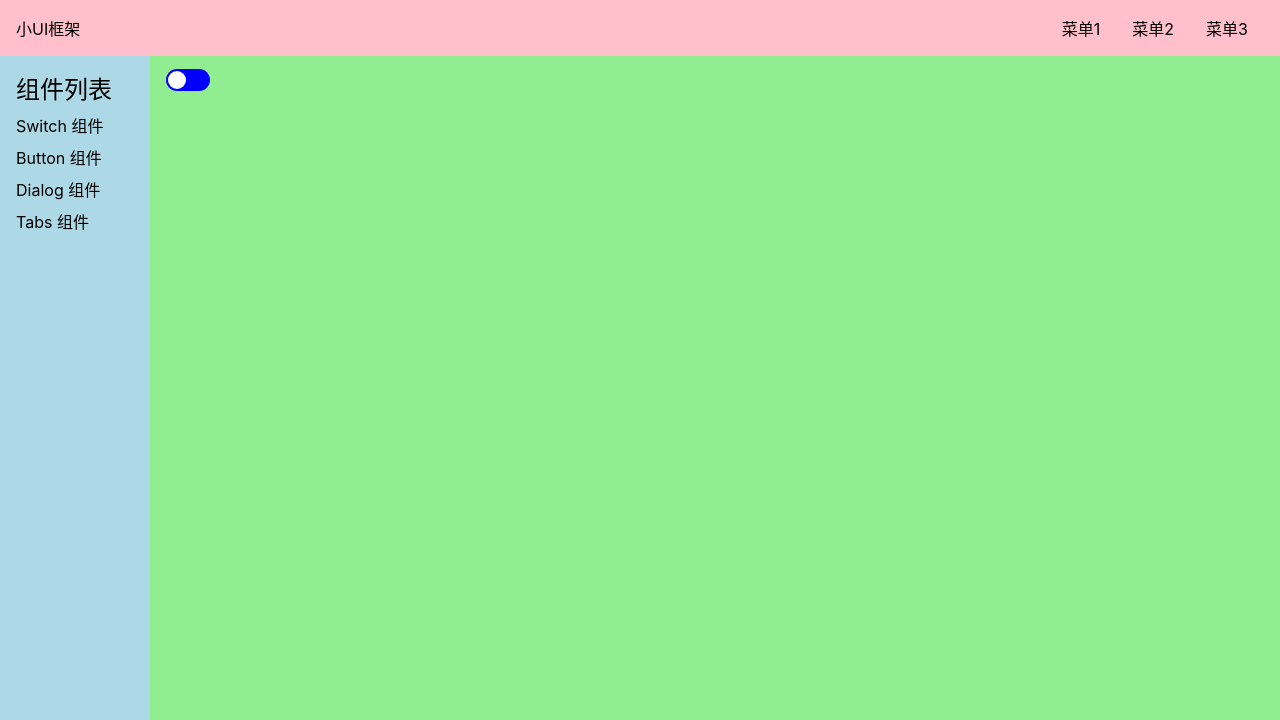
Repository: huming3272/Smile-UI
Page: /#/doc/switch
These files come from the project's save history. The page is drawn as it stood at one moment and after the next save; the edit follows.
The browser window is 1280 px wide. The pictures show the whole page.
The project was rebuilt for these pictures with package versions that can differ from the ones it lists, and the page was loaded fresh each time. Also part of the build but not shown: src/views/Home.vue, src/components/ButtonDemo.vue, src/components/DialogDemo.vue, src/components/TabsDemo.vue, src/components/DocDemo.vue.

Above is the page before, as saved 2021-11-02 17:02:09.

### src/main.ts
import { createApp } from 'vue'
import App from './App.vue'
import './index.scss'
import router from './router/index'

const app = createApp(App)
app.use(router)
app.mount('#app')

### src/App.vue
<template>
  <router-view/>
</template>

<script lang='ts'>
import {ref,provide} from 'vue'
import router from './router/index'

export default {
  name: 'App',
  setup(){
    const width = document.documentElement.clientWidth;
    //获取窗口宽度
    const menuVisible = ref(width <= 500 ? false : true);
    const toggleAside = ref(false)


    //检测窗口宽度
    //定义初值，类似vue2的data

    provide('menuVisible',menuVisible)//set
    //provide提供menuVisible给全局
    provide('toggleAside',toggleAside)



  },


}
</script>
<style lang="scss">
  *{
    padding: 0;
    margin: 0;
    list-style: none;

  }
</style>

### src/index.scss
* {
  margin: 0;
  padding: 0;
  box-sizing: border-box;
}
ul,
ol {
  list-style: none;
}
a {
  text-decoration: none;
  color: inherit;
  &:hover {
    border-bottom: 1px solid;
    cursor:pointer;
  }
}
h1,h2,h3,h4,h5,h6{
  font-weight: normal;
}
body{
  font-size: 16px;
  font-family: -apple-system, "Noto Sans", "Helvetica Neue", Helvetica, "Nimbus Sans L", Arial, "Liberation Sans", "PingFang SC", "Hiragino Sans GB", "Noto Sans CJK SC", "Source Han Sans SC", "Source Han Sans CN", "Microsoft YaHei", "Wenquanyi Micro Hei", "WenQuanYi Zen Hei", "ST Heiti", SimHei, "WenQuanYi Zen Hei Sharp", sans-serif;
}

### src/router/index.ts
import {createWebHashHistory,createRouter} from 'vue-router'
import Home from '../views/Home.vue'
import Doc from '../views/Doc.vue'
import Switch from '../components/SwitchDemo.vue'
import Button from '../components/ButtonDemo.vue'
import Dialog from '../components/DialogDemo.vue'
import Tabs from '../components/TabsDemo.vue'
import DocDemo from '../components/DocDemo.vue'

const history = createWebHashHistory()
// hash型路由
 const router = createRouter(
// 创建路由器
    {
    history:history,
    routes:[
        {path:'/',component:Home},
        {path:'/doc',component:Doc,
        children:[
            {path:'',component:DocDemo},
            {path:'switch',component:Switch},
            {path:'button',component:Button},
            {path:'Dialog',component:Dialog},
            {path:'Tabs',component:Tabs},
        ]},

    ]
}
)


export default router

### src/views/Doc.vue
<template>
  <div class="layout">
    <Topnav class="nav"></Topnav>
    <div class="content">
      <aside v-if="menuVisible">
        <h2>
          <router-link to='/doc'>
            组件列表
          </router-link>
        </h2>
        <ol>
          <li>
            <router-link to="/doc/switch">Switch 组件</router-link>
          </li>
          <li>
            <router-link to="/doc/button">Button 组件</router-link>
          </li>
          <li>
            <router-link to="/doc/dialog">Dialog 组件</router-link>
          </li>
          <li>
            <router-link to="/doc/tabs">Tabs 组件</router-link>
          </li>
        </ol>
      </aside>
      <main>
        <router-view></router-view>
      </main>
    </div>
  </div>
</template>
<script lang="ts">
import Topnav from "../components/Topnav.vue";
import {inject,Ref} from 'vue'
import  router  from '../router/index';
export default {
  components: {
    Topnav,
  },
  setup(){
    //setup函数是处于 生命周期函数 beforeCreate 和 Created 两个钩子函数之前的函数,类似用函数定义vue2的data
    const menuVisible = inject<Ref<boolean>>('menuVisible') //get
    const toggleAside = inject<Ref<boolean>>('toggleAside')
    toggleAside.value = true
    //引入名为menuVisible
    router.afterEach((to, from) => {

      // menuVisible.value = false
    })

    return {menuVisible}
    // return 暴露出去，才能在这个文件中使用menuVisible

  },
  methods: {

  }

};
</script>
<style lang="scss" scoped>
.layout {
  display: flex;
  flex-direction: column;
  height: 100vh;
  > .nav {
    flex-shrink: 0;
  }
  > .content {
    flex-grow: 1;
    padding-top: 53px;
    padding-left: 150px;
    @media (max-width: 500px) {
      padding-left: 0;
    }
  }
}
.content {
  display: flex;
  > aside {
    flex-shrink: 0;
  }
  > main {
    flex-grow: 1;
    padding: 16px;
    background: lightgreen;
  }
}
aside {
  background: lightblue;
  width: 150px;
  padding: 16px;
  position: fixed;
  top: 0;
  left: 0;
  padding-top: 70px;
  height: 100%;
  > h2 {
    margin-bottom: 4px;
  }
  > ol {
    > li {
      padding: 4px 0;
    }
  }
  @media (max-width: 500px) {
    position: fixed;
    top: 0;
    left: 0;
    padding-top: 70px;
  }
}
main {
  overflow: auto;
}
</style>

### src/components/SwitchDemo.vue
<template>
  <div>
    <ul>
      <Switch/>
    </ul>
  </div>
</template>
<script lang="ts">
import {inject,Ref} from 'vue'
import Switch from '../lib/Switch.vue'
export default {
  name: "switch",
  components:{
    Switch
  }
};
</script>

### src/components/Topnav.vue
<template>
  <div class="topnav">
    <router-link class="logo" to='/' >小UI框架</router-link>
    <ul class="menu">
      <li>菜单1</li>
      <li>菜单2</li>
      <li>菜单3</li>
    </ul>
    <span class="toggleAside" v-if="toggleAside"  @click="toggleMenu">333</span>
  </div>
</template>
<script lang="ts">
import {inject,Ref} from 'vue'
import router from '../router/index'
export default {
  setup(){

    const menuVisible = inject<Ref<boolean>>('menuVisible') //get
    const toggleAside = inject<Ref<boolean>>('toggleAside')
    //inject<Ref<boolean>>('menuVisible')
    //从全局引入menuVisible为boolean类型的Ref参数
    // menuVisible变量可以认为是data里的
    const toggleMenu = ()=>{
      // router.push('/doc')
      menuVisible.value = !menuVisible.value
      //这里类似methods

    }
    router.afterEach((to,from) => {
      if(to.path==='/'){
        toggleAside.value = false
      }

    });
    return {toggleMenu,toggleAside}
  }
}
</script>
<style lang="scss" scoped>
.topnav {
  background: pink;
  display: flex;
  padding: 16px;
  position: fixed;
  top: 0;
  left: 0;
  width: 100%;
  z-index: 10;
  justify-content: center;
  align-items: center;
  > .logo {
    display:block;
    max-width: 6em;
    margin-right: auto;
  }
  > .menu {
    display: flex;
    white-space: nowrap;
    flex-wrap: nowrap;
    > li {
      margin: 0 1em;
    }

  }
  >.toggleAside {
    width: 24px;
    height: 24px;
    background: red;
    border:1px solid red;
    position: absolute;
    left: 16px;
    top: 50%;
    transform: translateY(-50%);
    display: none;
  }

  @media (max-width: 500px) {
    > .menu {
      display: none;
    }
    > .toggleAside {
      display: block;
    }
    > .logo {
      margin: 0 auto;
    }

  }
}
</style>

### src/lib/Switch.vue
<template>
    <button @click="toggle" :class="{checked}">
        <span></span>
    </button>
</template>
<script lang="ts">
import {ref} from 'vue'
export default {
    setup(){
        const checked = ref(false)
        const toggle = ()=>{
            checked.value = !checked.value
        }
        return {checked,toggle}
    }
}
</script>
<style lang="scss" scoped>
    $h: 22px;
    $h2: $h - 4px;
  button{
    outline:none;
    height: $h;
    width: $h*2;
    border: none;
    background: blue;
    border-radius: $h/2;
    position: relative;
    span{
    position: absolute;
    top: 2px;
    left: 2px;
    height: $h2;
    width: $h2;
    background:white;
    border-radius: $h2 / 2;
    }
  }
  button:hover > span{
      left: calc(100% - #{$h2} - 2px);


  }

</style>

Loaded but not shown: index.html (common file)

After the next save:
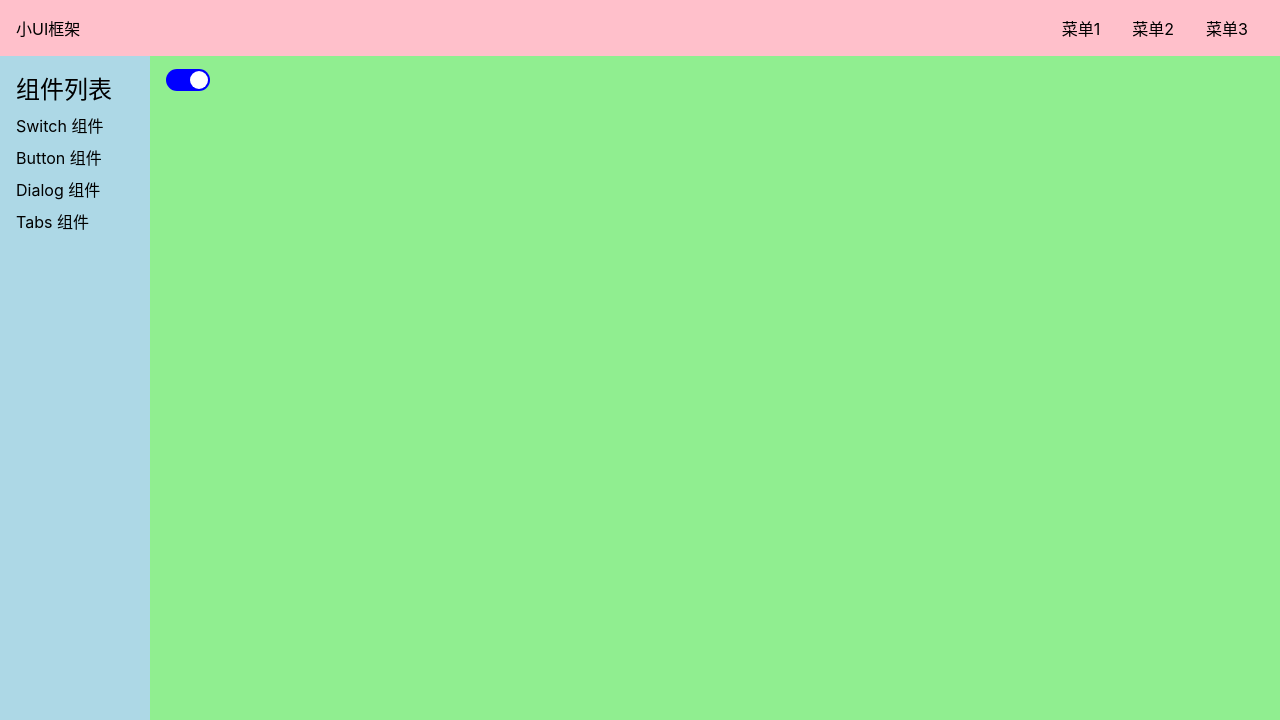
Saved 19 s later.
--- a/src/lib/Switch.vue
+++ b/src/lib/Switch.vue
@@ -36,7 +36,7 @@
     border-radius: $h2 / 2;
     }
   }
-  button:hover > span{
+  button > span{
       left: calc(100% - #{$h2} - 2px);
 
 

After the save that followed:
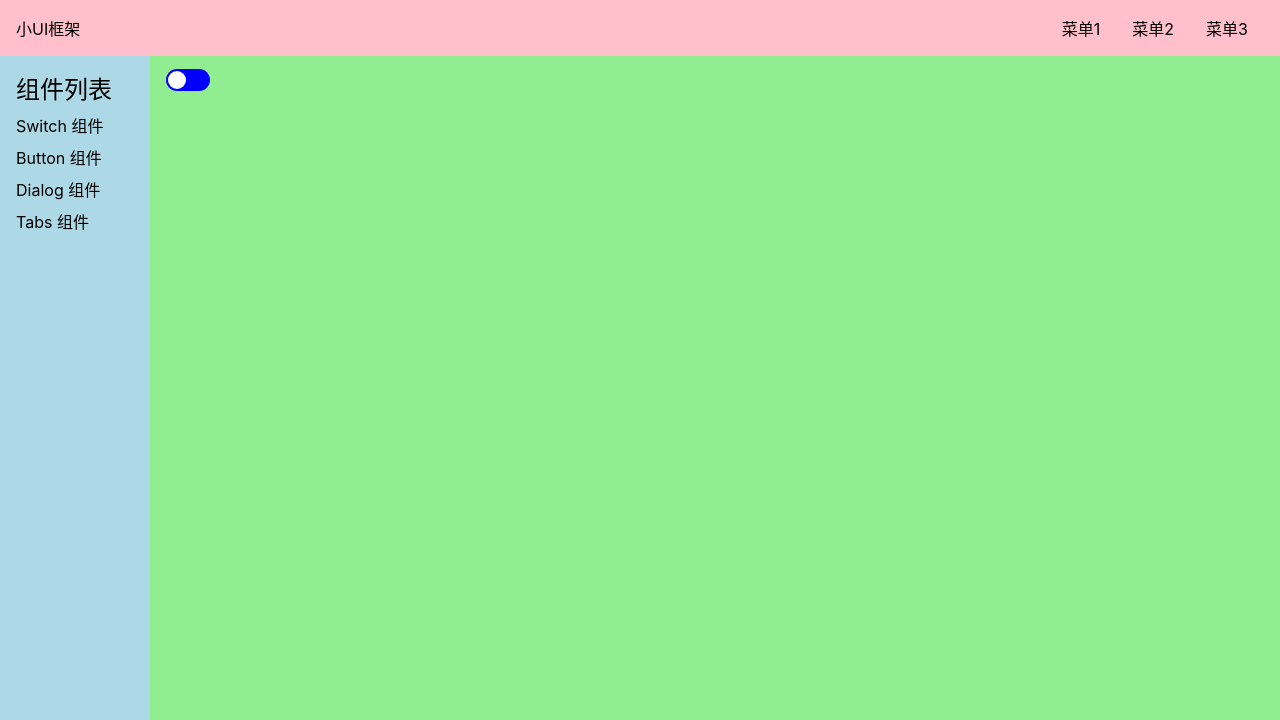
Saved 36 s later.
--- a/src/lib/Switch.vue
+++ b/src/lib/Switch.vue
@@ -36,7 +36,7 @@
     border-radius: $h2 / 2;
     }
   }
-  button > span{
+  button.checked > span{
       left: calc(100% - #{$h2} - 2px);
 
 
